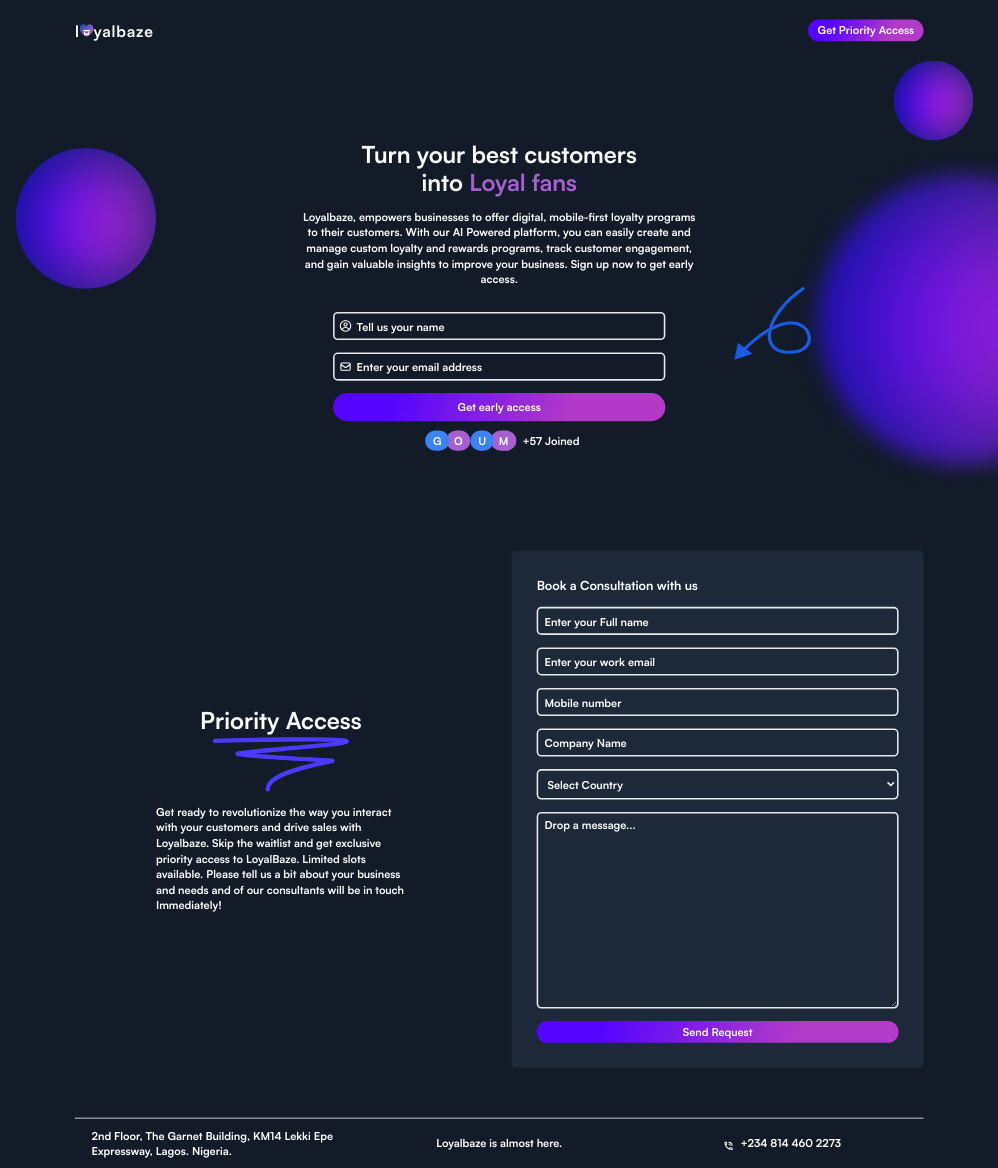
Repository: Jerified/loyalbaze
Page: /
An editor plug-in stored every save of this project. The page is shown before and after a run of saves, followed by the edit.
The browser window is 1280 px wide. The pictures show the whole page, at 78% of full size.
The project was rebuilt for these pictures with package versions that can differ from the ones it lists, and the page was loaded fresh each time. The framework's server and built-in components were replaced by stand-ins that run in the browser. Also part of the build but not shown: next.config.js.

Above is the page before, as saved 2023-02-14 17:02:55.

### src/app/layout.tsx
import Header from '@/components/Header'
import localFont from '@next/font/local'
import './globals.css'
// import Providers from '../../';

const satoshi = localFont({
  src: [
    {
      path: '../../public/fonts/Satoshi-Regular.woff2',
      weight: '400,'
    },
    {
      path: '../../public/fonts/Satoshi-Bold.woff2',
      weight: '700,'
    },
  ]
})

export default function RootLayout({
  children,
}: {
  children: React.ReactNode
}) {
  return (
    <html lang="en">
      <head />
      <body className={satoshi.className}>
          <Header />
          {children}
      </body>
    </html>
  );
}

### src/app/page.tsx
import Contents from "@/components/Contents";
import Footer from "@/components/Footer";
import Form from "@/components/Form";


export default async function Home() {

  return  (
  <main className=''>
    <Contents />
    <Form />
    <Footer />
  </main>
  )
}

### src/components/Header.tsx
import { AiFillHome } from "react-icons/ai";
import { BsFillInfoCircleFill } from "react-icons/bs";
import Link from "next/link";

export default function Header() {
  return (
    <div className="flex justify-between px-8 sm:mx-auto items-center py-6 max-w-6xl mx-auto">
      <div className="text-xl font-semibold tracking-wider flex items-end justify-end">
        l
        <div className="relative">
          <svg
            width="10"
            height="8"
            viewBox="0 0 10 8"
            fill="none"
            xmlns="http://www.w3.org/2000/svg"
            className="absolute bottom-2 right-[0.23rem]"
          >
            <path
              d="M8.42822 3V5.57143C8.42822 6.51857 7.66108 7.28571 6.71394 7.28571H3.28537C2.33822 7.28571 1.57108 6.51857 1.57108 5.57143V3C1.57108 2.76429 1.76394 2.57143 1.99965 2.57143H2.84394C3.07965 2.57143 3.27251 2.76429 3.27251 3V4.34571C3.27295 4.5733 3.36327 4.7915 3.5238 4.95283C3.68432 5.11416 3.90207 5.20556 4.12965 5.20714C4.29251 5.20714 4.45537 5.16 4.59679 5.06571L5.00394 4.8L5.38108 5.05286C5.64251 5.22857 5.97679 5.25 6.25537 5.1C6.53822 4.95 6.71394 4.66286 6.71394 4.34143V3C6.71394 2.76429 6.90679 2.57143 7.14251 2.57143H7.99965C8.23537 2.57143 8.42822 2.76429 8.42822 3ZM9.07108 0.857143V1.28571C9.07108 1.75714 8.84394 2.14286 8.21394 2.14286H1.78537C1.12965 2.14286 0.928223 1.75714 0.928223 1.28571V0.857143C0.928223 0.385714 1.12965 0 1.78537 0H8.21394C8.84394 0 9.07108 0.385714 9.07108 0.857143Z"
              fill="white"
            />
          </svg>

          <span className="w-">
            <svg
              width="18"
              height="30"
              viewBox="0 0 34 30"
              fill="none"
              xmlns="http://www.w3.org/2000/svg"
            >
              <path
                d="M24.4002 0.169922C21.3835 0.169922 18.6835 1.63659 17.0002 3.88659C16.1404 2.73461 15.0239 1.79891 13.7394 1.15375C12.4549 0.508585 11.0376 0.171731 9.60016 0.169922C4.4835 0.169922 0.333496 4.33659 0.333496 9.48659C0.333496 11.4699 0.650163 13.3033 1.20016 15.0033C3.8335 23.3366 11.9502 28.3199 15.9668 29.6866C16.5335 29.8866 17.4668 29.8866 18.0335 29.6866C22.0502 28.3199 30.1668 23.3366 32.8002 15.0033C33.3502 13.3033 33.6668 11.4699 33.6668 9.48659C33.6668 4.33659 29.5168 0.169922 24.4002 0.169922Z"
                fill="url(#paint0_linear_1098_9360)"
              />
              <defs>
                <linearGradient
                  id="paint0_linear_1098_9360"
                  x1="2.3335"
                  y1="0.333333"
                  x2="19.3335"
                  y2="22.5"
                  gradientUnits="userSpaceOnUse"
                >
                  <stop stop-color="#175CE1" stop-opacity="0.71" />
                  <stop offset="1" stop-color="#A75FD2" stop-opacity="0.94" />
                </linearGradient>
              </defs>
            </svg>
          </span>
        </div>
        yalbaze
      </div>

      <button className=" px-3 py-1 rounded-full bg-[linear-gradient(112.92deg,_#5404FF_18.35%,rgba(189,_59,_210,_0.94)_71.49%)] text-sm">
        <div className="bg-inherit">Get Priority Access</div>
      </button>
    </div>
  );
}

### src/app/globals.css


@tailwind base;
@tailwind components;
@tailwind utilities;

body{
  background-color: #121B27;
  color: white;
  font-family: 'satoshi';
}

@layer components {
  input {
  @apply bg-inherit border-2 w-full rounded-md py-1 px-2 pl-2 placeholder:text-[14px] caret-[#A75FD2] outline-none placeholder:text-white
  }
}

### src/components/Contents.tsx
import React from 'react'
import {CgProfile} from 'react-icons/cg'
import { HiOutlineMail } from "react-icons/hi";

const Contents = () => {
  return (
    <div className="pt-8 lg:pt-0 pb-16 relative px-8">
      <div className="hidden lg:flex justify-end">
        <svg
          width="102"
          height="102"
          viewBox="0 0 102 102"
          fill="none"
          xmlns="http://www.w3.org/2000/svg"
        >
          <g filter="url(#filter0_i_1098_9860)">
            <circle
              cx="51"
              cy="51"
              r="51"
              fill="url(#paint0_linear_1098_9860)"
            />
          </g>
          <defs>
            <filter
              id="filter0_i_1098_9860"
              x="0"
              y="0"
              width="103.02"
              height="104.04"
              filterUnits="userSpaceOnUse"
              color-interpolation-filters="sRGB"
            >
              <feFlood flood-opacity="0" result="BackgroundImageFix" />
              <feBlend
                mode="normal"
                in="SourceGraphic"
                in2="BackgroundImageFix"
                result="shape"
              />
              <feColorMatrix
                in="SourceAlpha"
                type="matrix"
                values="0 0 0 0 0 0 0 0 0 0 0 0 0 0 0 0 0 0 127 0"
                result="hardAlpha"
              />
              <feOffset dx="1.02" dy="2.04" />
              <feGaussianBlur stdDeviation="25.5" />
              <feComposite
                in2="hardAlpha"
                operator="arithmetic"
                k2="-1"
                k3="1"
              />
              <feColorMatrix
                type="matrix"
                values="0 0 0 0 0 0 0 0 0 0.113725 0 0 0 0 0.431373 0 0 0 1 0"
              />
              <feBlend
                mode="normal"
                in2="shape"
                result="effect1_innerShadow_1098_9860"
              />
            </filter>
            <linearGradient
              id="paint0_linear_1098_9860"
              x1="5.1"
              y1="70.89"
              x2="100.108"
              y2="75.3654"
              gradientUnits="userSpaceOnUse"
            >
              <stop stop-color="#5404FF" />
              <stop offset="0.899616" stop-color="#BA2AD1" />
            </linearGradient>
          </defs>
        </svg>
      </div>
      <div className="absolute left-5 hidden lg:block -z-1">
        <svg
          width="180"
          height="200"
          viewBox="0 0 200 200"
          fill="none"
          xmlns="http://www.w3.org/2000/svg"
        >
          <g filter="url(#filter0_i_3346_6249)">
            <circle
              cx="100"
              cy="100"
              r="100"
              fill="url(#paint0_linear_3346_6249)"
            />
          </g>
          <defs>
            <filter
              id="filter0_i_3346_6249"
              x="0"
              y="0"
              width="202"
              height="204"
              filterUnits="userSpaceOnUse"
              color-interpolation-filters="sRGB"
            >
              <feFlood flood-opacity="0" result="BackgroundImageFix" />
              <feBlend
                mode="normal"
                in="SourceGraphic"
                in2="BackgroundImageFix"
                result="shape"
              />
              <feColorMatrix
                in="SourceAlpha"
                type="matrix"
                values="0 0 0 0 0 0 0 0 0 0 0 0 0 0 0 0 0 0 127 0"
                result="hardAlpha"
              />
              <feOffset dx="2" dy="4" />
              <feGaussianBlur stdDeviation="50" />
              <feComposite
                in2="hardAlpha"
                operator="arithmetic"
                k2="-1"
                k3="1"
              />
              <feColorMatrix
                type="matrix"
                values="0 0 0 0 0 0 0 0 0 0.113725 0 0 0 0 0.431373 0 0 0 1 0"
              />
              <feBlend
                mode="normal"
                in2="shape"
                result="effect1_innerShadow_3346_6249"
              />
            </filter>
            <linearGradient
              id="paint0_linear_3346_6249"
              x1="10"
              y1="139"
              x2="196.289"
              y2="147.775"
              gradientUnits="userSpaceOnUse"
            >
              <stop stop-color="#5404FF" />
              <stop offset="0.899616" stop-color="#BA2AD1" />
            </linearGradient>
          </defs>
        </svg>
      </div>
      <div className="absolute right-0 hidden lg:block -z-1">
        <svg
          width="260"
          height="460"
          viewBox="0 0 279 460"
          fill="none"
          xmlns="http://www.w3.org/2000/svg"
        >
          <g filter="url(#filter0_if_3250_3646)">
            <circle
              cx="230"
              cy="230"
              r="200"
              fill="url(#paint0_linear_3250_3646)"
            />
          </g>
          <defs>
            <filter
              id="filter0_if_3250_3646"
              x="0"
              y="0"
              width="460"
              height="460"
              filterUnits="userSpaceOnUse"
              color-interpolation-filters="sRGB"
            >
              <feFlood flood-opacity="0" result="BackgroundImageFix" />
              <feBlend
                mode="normal"
                in="SourceGraphic"
                in2="BackgroundImageFix"
                result="shape"
              />
              <feColorMatrix
                in="SourceAlpha"
                type="matrix"
                values="0 0 0 0 0 0 0 0 0 0 0 0 0 0 0 0 0 0 127 0"
                result="hardAlpha"
              />
              <feOffset dx="4" dy="8" />
              <feGaussianBlur stdDeviation="100" />
              <feComposite
                in2="hardAlpha"
                operator="arithmetic"
                k2="-1"
                k3="1"
              />
              <feColorMatrix
                type="matrix"
                values="0 0 0 0 0 0 0 0 0 0.113725 0 0 0 0 0.431373 0 0 0 1 0"
              />
              <feBlend
                mode="normal"
                in2="shape"
                result="effect1_innerShadow_3250_3646"
              />
              <feGaussianBlur
                stdDeviation="15"
                result="effect2_foregroundBlur_3250_3646"
              />
            </filter>
            <linearGradient
              id="paint0_linear_3250_3646"
              x1="50"
              y1="308"
              x2="422.578"
              y2="325.551"
              gradientUnits="userSpaceOnUse"
            >
              <stop stop-color="#5404FF" />
              <stop offset="0.899616" stop-color="#BA2AD1" />
            </linearGradient>
          </defs>
        </svg>
      </div>

      <h1 className="font-bold text-center text-3xl max-w-sm mx-auto text-satoshi">
        Turn your best customers into{" "}
        <span className="text-[#A75FD2] ">Loyal fans</span>
      </h1>
      <p className="text-center pt-4 max-w-[22rem] md:max-w-lg mx-auto text-sm z-100">
        Loyalbaze, empowers businesses to offer digital, mobile-first loyalty
        programs to their customers. With our AI Powered platform, you can
        easily create and manage custom loyalty and rewards programs, track
        customer engagement, and gain valuable insights to improve your
        business. Sign up now to get early access.
      </p>
      <form action="" className="pt-8 grid place-items-center gap-4 pb-3 relative">
        <div className='absolute right-[13rem] top-0 hidden lg:block'>
          <svg width="99" height="94" viewBox="0 0 99 94" fill="none" xmlns="http://www.w3.org/2000/svg">
<path d="M89.8737 3.49999C90.82 2.84772 91.0138 1.6312 90.3065 0.782795C89.5992 -0.0656061 88.2586 -0.224608 87.3123 0.427655L89.8737 3.49999ZM75.1908 83.4453L75.2913 85.3794L75.1908 83.4453ZM0.487821 93.343L23.7889 85.632L5.03935 71.2977L0.487821 93.343ZM87.3123 0.427655C63.2326 17.0251 47.5056 38.4428 43.9972 55.6668C42.2394 64.2962 43.5064 72.1624 48.7779 77.7112C54.0665 83.278 62.9501 86.0571 75.2913 85.3794L75.0903 81.5112C63.5102 82.147 56.1583 79.4988 52.0369 75.1606C47.8985 70.8045 46.5811 64.288 48.2042 56.3198C51.4574 40.3488 66.3528 19.7123 89.8737 3.49999L87.3123 0.427655ZM75.2913 85.3794C87.4389 84.7124 94.9158 78.9117 97.5774 71.5997C100.191 64.4195 98.034 56.077 91.6943 50.4846C85.2748 44.8217 74.8195 42.1622 61.2105 45.8016C47.6707 49.4225 30.939 59.2723 11.4376 78.6706L14.5831 81.2586C33.8025 62.1408 49.8871 52.8556 62.3705 49.5172C74.7847 46.1974 83.5594 48.7545 88.6881 53.2787C93.8967 57.8734 95.6063 64.6887 93.5159 70.4314C91.4735 76.0424 85.6761 80.9299 75.0903 81.5112L75.2913 85.3794Z" fill="#175CE1"/>
</svg>

        </div>
        <div className="w-[80%] md:w-[60%] lg:max-w-[35%] relative flex items-center">
          <input
            type="text"
            className=" bg-inherit border-2 w-full rounded-md py-1 px-2 pl-7 placeholder:text-[14px] "
            placeholder="Tell us your name"
          />
          <CgProfile className="absolute left-2 top-[50%] -translate-y-[50%]" />
        </div>
        <div className="w-[80%] md:w-[60%] lg:max-w-[35%] relative flex items-center">
          <input
            type="text"
            className=" bg-inherit border-2 w-full rounded-md py-1 px-2 pl-7 placeholder:text-[14px] placeholder:pt-[-1px] "
            placeholder="Enter your email address"
          />
          <HiOutlineMail className="absolute left-2 top-[50%] -translate-y-[50%]" />
        </div>
        <button className="text-sm bg-[linear-gradient(112.92deg,_#5404FF_18.35%,rgba(189,_59,_210,_0.94)_71.49%)] rounded-full w-[80%] md:w-[60%] lg:max-w-[35%] py-2">
          Get early access
        </button>
      </form>
      <div className="flex relative text-sm justify-center items-center">
        <p className="bg-blue-500 rounded-full w-fit px-[10px] py-[3px] relative  left-2 z-10">
          G
        </p>
        <p className="bg-[#A75FD2] rounded-full w-fit px-[10px] py-[3px] relative left-1">
          O
        </p>
        <p className="bg-blue-500 rounded-full w-fit px-[10px] py-[3px] relative left-1">
          U
        </p>
        <p className="bg-[#A75FD2] rounded-full w-fit px-[10px] py-[3px]">M</p>
        <p className="pl-2 font-medium">+57 Joined</p>
      </div>
    </div>
  );
}

export default Contents

### src/components/Footer.tsx
import React from 'react'
import {MdOutlinePhoneInTalk} from 'react-icons/md'

const Footer = () => {
  return (
    <div className='max-w-6xl mx-auto px-8'>
      <div
        className="border-b border-white
        "
      />
      <div className="lg:grid lg:grid-cols-3 text-center gap-y-3 text-sm py-3 lg:gap-0 items-center">
        <div className="font-semibold order-2 ">Loyalbaze is almost here.</div>
        <div className="max-w-[20rem] mx-auto order-1 lg:text-start">
          2nd Floor, The Garnet Building, KM14 Lekki Epe Expressway, Lagos.
          Nigeria.
        </div>
        <div className="flex justify-center items-center gap-2 order-3 lg:items-end">
          <MdOutlinePhoneInTalk />
          <p className="">+234 814 460 2273</p>
        </div>
      </div>
    </div>
  );
}

export default Footer

### src/components/Form.tsx
import React from "react";

const Form = () => {
  return (
    <>
      <main className="lg:grid grid-cols-2 gap-8 items-center max-w-6xl mx-auto px-8">
        <div className="text-center lg:text-start lg:place-items-center">
          <h1 className="font-semibold text-3xl ">Priority Access</h1>
          <div className="grid place-items-center pt-1">
            <svg
              width="176"
              height="70"
              viewBox="0 0 176 70"
              fill="none"
              xmlns="http://www.w3.org/2000/svg"
            >
              <path
                d="M3.5 4.8585C26.7327 3.78401 160.807 1.27686 171.613 4.8585C185.121 9.33556 39.9697 17.9315 32.6758 21.155C26.8406 23.7338 146.678 29.5718 153.702 30.2882C160.726 31.0045 70.2263 42.3583 71.3069 67"
                stroke="#4A3AFF"
                stroke-width="5.55173"
                stroke-linecap="round"
              />
            </svg>
          </div>
          <p className="pt-4 text-sm max-w-[22rem] md:max-w-lg lg:max-w-[20rem] mx-auto lg:m-0">
            Get ready to revolutionize the way you interact with your customers
            and drive sales with Loyalbaze. Skip the waitlist and get exclusive
            priority access to LoyalBaze. Limited slots available. Please tell
            us a bit about your business and needs and of our consultants will
            be in touch Immediately!
          </p>
        </div>
        <div className=" -auto">
          <form action="" className="py-8 bg-[#1D2939] my-16 rounded-md">
            <div className=" flex flex-col gap-4 mx-auto px-6 lg:px-8">
              <p className="">Book a Consultation with us</p>
              <input
                type="text"
                className="input"
                placeholder="Enter your Full name"
              />
              <input
                type="email"
                className="input"
                placeholder="Enter your work email"
              />
              <input type="tel" className="input" placeholder="Mobile number" />
              <input type="text" className="input" placeholder="Company Name" />
              <select
                name="Select Country"
                id=""
                className=" bg-inherit border-2 w-full rounded-md py-2 px-2 pl-2 placeholder:text-[14px] caret-[#A75FD2] outline-none text-[14px]"
              >
                <option
                  value="Select Country"
                  className="placeholder:text-[14px] text-[14px]"
                >
                  Select Country
                </option>
              </select>
              <textarea
                name=""
                id=""
                cols="0"
                rows="10"
                placeholder="Drop a message..."
                className=" bg-inherit border-2 w-full rounded-md py-1 px-2 pl-2 placeholder:text-[14px] caret-[linear-gradient(112.92deg,_#5404FF_18.35%,rgba(189,_59,_210,_0.94)_71.49%)] outline-none resize-non placeholder:text-white"
              />
              <button className=" px-3 py-1 rounded-full bg-[linear-gradient(112.92deg,_#5404FF_18.35%,rgba(189,_59,_210,_0.94)_71.49%)] text-sm">
                Send Request
              </button>
            </div>
          </form>
        </div>
      </main>
    </>
  );
};

export default Form;

### tailwind.config.js
/** @type {import('tailwindcss').Config} */
module.exports = {
  content: ["./src/**/*.{html,js,jsx,ts,tsx}"],
  theme: {
    fontFamily: {
      'satochi': ['Satoshi', 'sans-serif'],
    },
    extend: {},
  },
  plugins: [],
  darkMoode:"class"
}

After the next 2 saves:
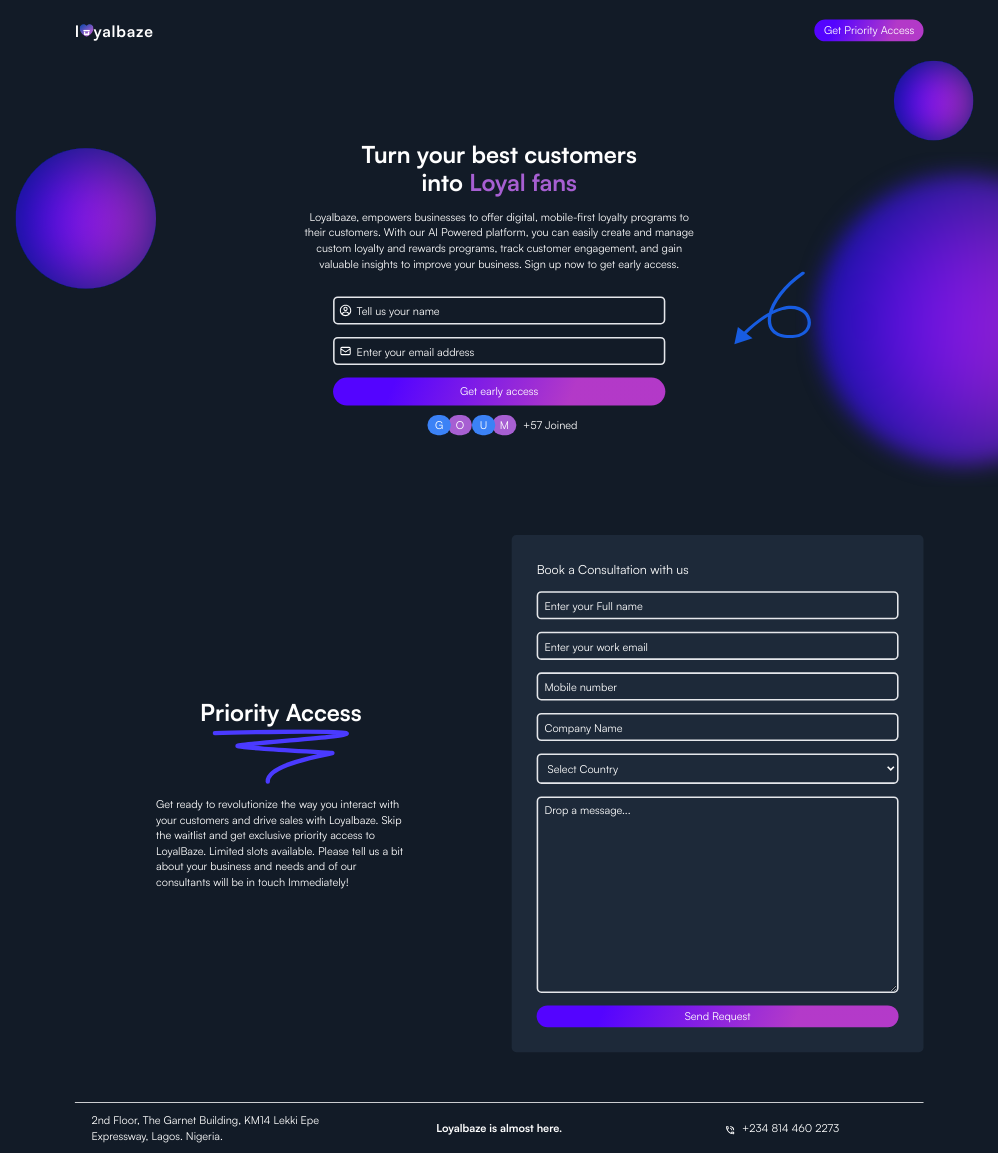
The 2 saves are shown as one change because they came seconds apart.
The last was saved 10 min 53 s later.
--- a/src/app/layout.tsx
+++ b/src/app/layout.tsx
@@ -7,11 +7,11 @@
   src: [
     {
       path: '../../public/fonts/Satoshi-Regular.woff2',
-      weight: '400,'
+      weight: '400'
     },
     {
       path: '../../public/fonts/Satoshi-Bold.woff2',
-      weight: '700,'
+      weight: '700'
     },
   ]
 })
